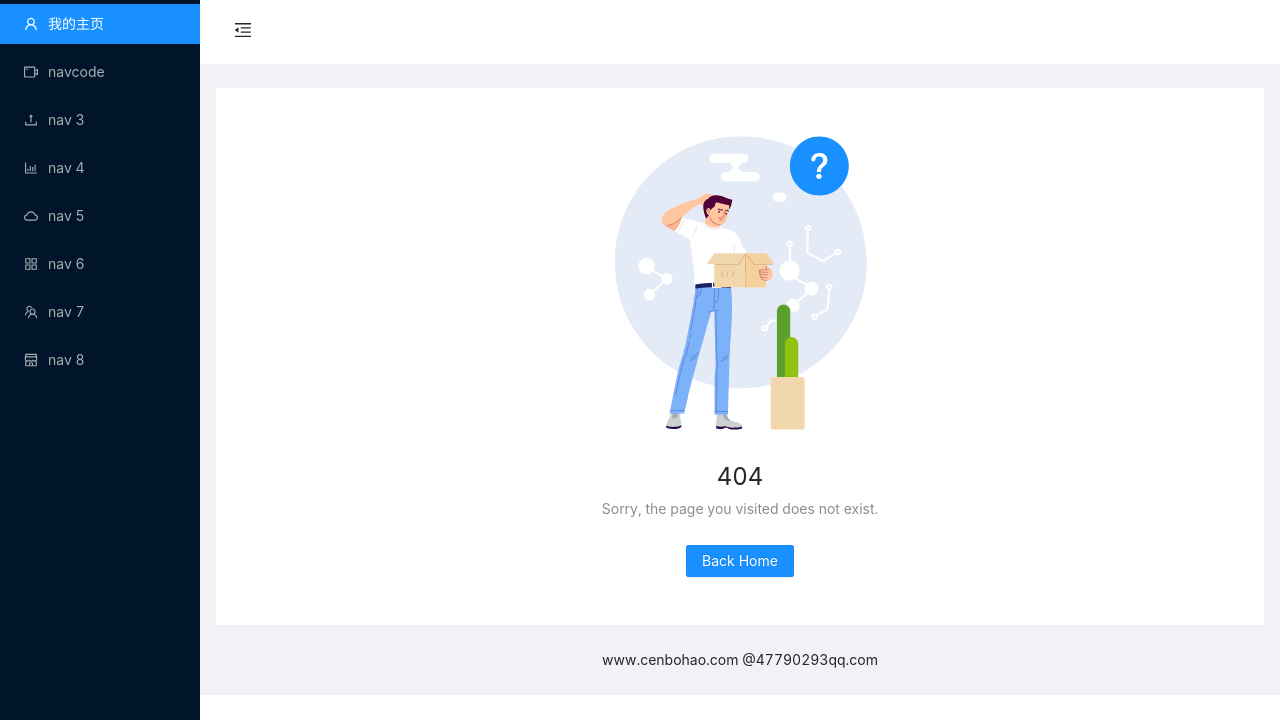
Repository: CBH20010703/bolgsweb
Page: / (app in blogs/)
The author's editor kept a copy of each file at every save. The page is drawn from the files as they stood at one save, then again after the next save.
The browser window is 1280 px wide. The pictures show the whole page.
The project was rebuilt for these pictures with package versions that can differ from the ones it lists, and the page was loaded fresh each time. Also part of the build but not shown: blogs/src/view/Login/Login.jsx, blogs/src/component/Menu/MenuList.css, blogs/src/view/Home/Home.css, blogs/src/view/Home/Home.jsx, blogs/src/view/NavCode/NavCode.jsx.

Above is the page before, as saved 2021-06-27 21:33:28.

After the next save:
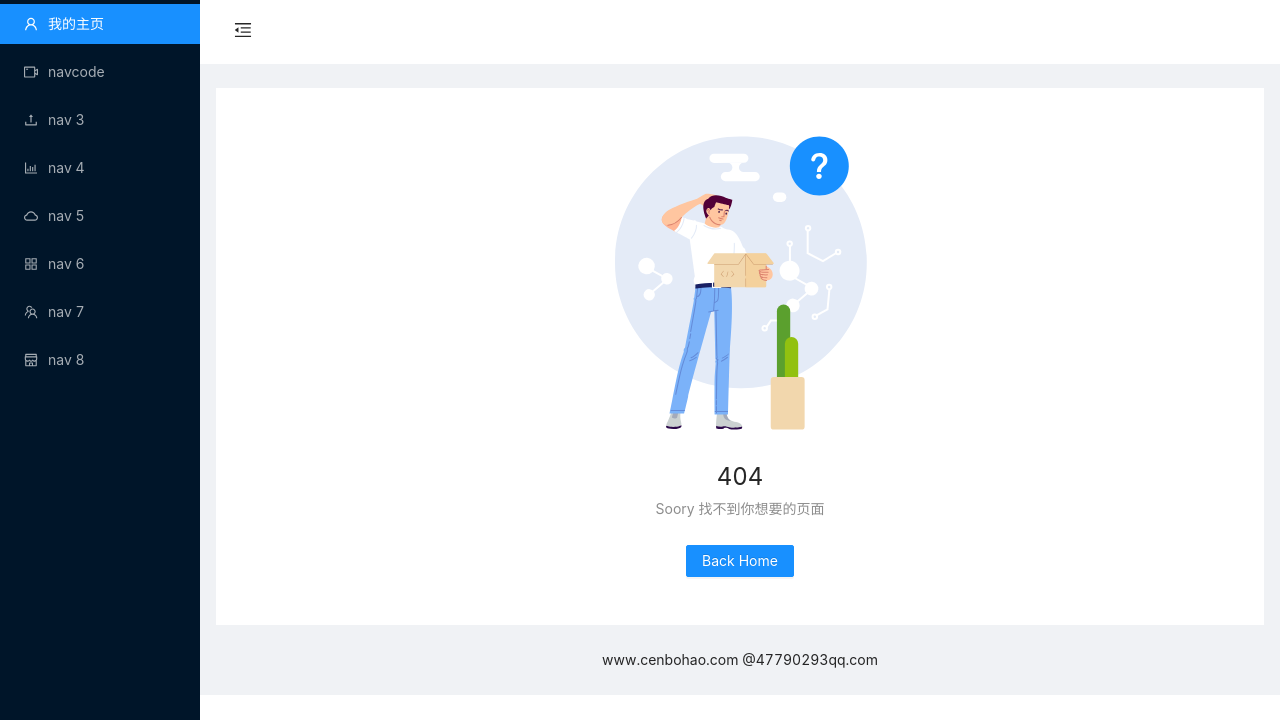
Saved 97 s later.
--- a/blogs/src/view/404/Error.jsx
+++ b/blogs/src/view/404/Error.jsx
@@ -7,7 +7,7 @@ export default class Error extends Component {
                 <Result
                     status="404"
                     title="404"
-                    subTitle="Sorry, the page you visited does not exist."
+                    subTitle="Soory 找不到你想要的页面"
                     extra={<Button type="primary">Back Home</Button>}
                 />
 
